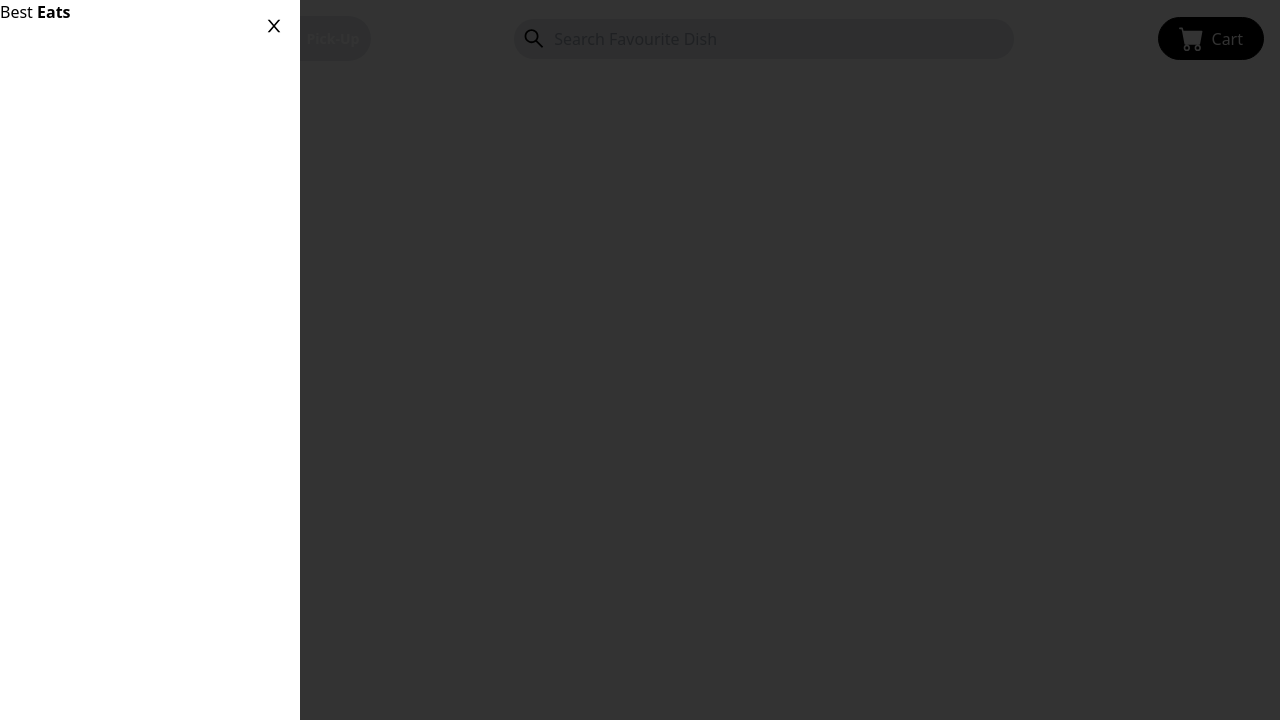
Repository: remydev47/best-eats
Page: /
These files come from the project's save history. The page is drawn as it stood at one moment and after the next save; the edit follows.
The browser window is 1280 px wide. The pictures show the whole page.
The project was rebuilt for these pictures with package versions that can differ from the ones it lists, and the page was loaded fresh each time. Also part of the build but not shown: src/App.css.

Above is the page before, as saved 2022-08-01 20:58:12.

After the next save:
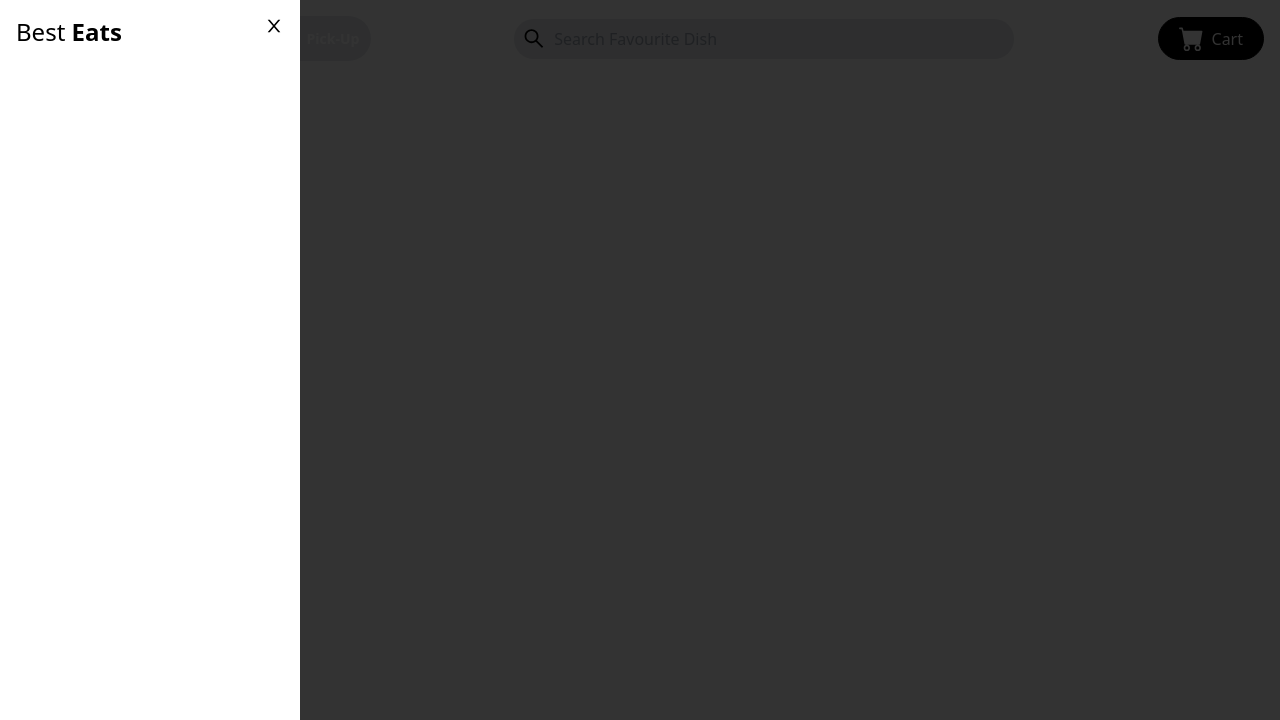
Saved 68 s later.
--- a/src/components/Navbar.js
+++ b/src/components/Navbar.js
@@ -36,7 +36,7 @@
       {/* side drawer */}
       <div className={styles.sidedrawer}>
         <AiOutlineClose size={20} className="absolute right-4 top-4 cursor-pointer"/>
-        <h1>Best <span className='font-bold text-black'>Eats</span></h1>
+        <h2 className='text-2xl p-4'>Best <span className='font-bold text-black'>Eats</span></h2>
       </div>
     </div>
   )
